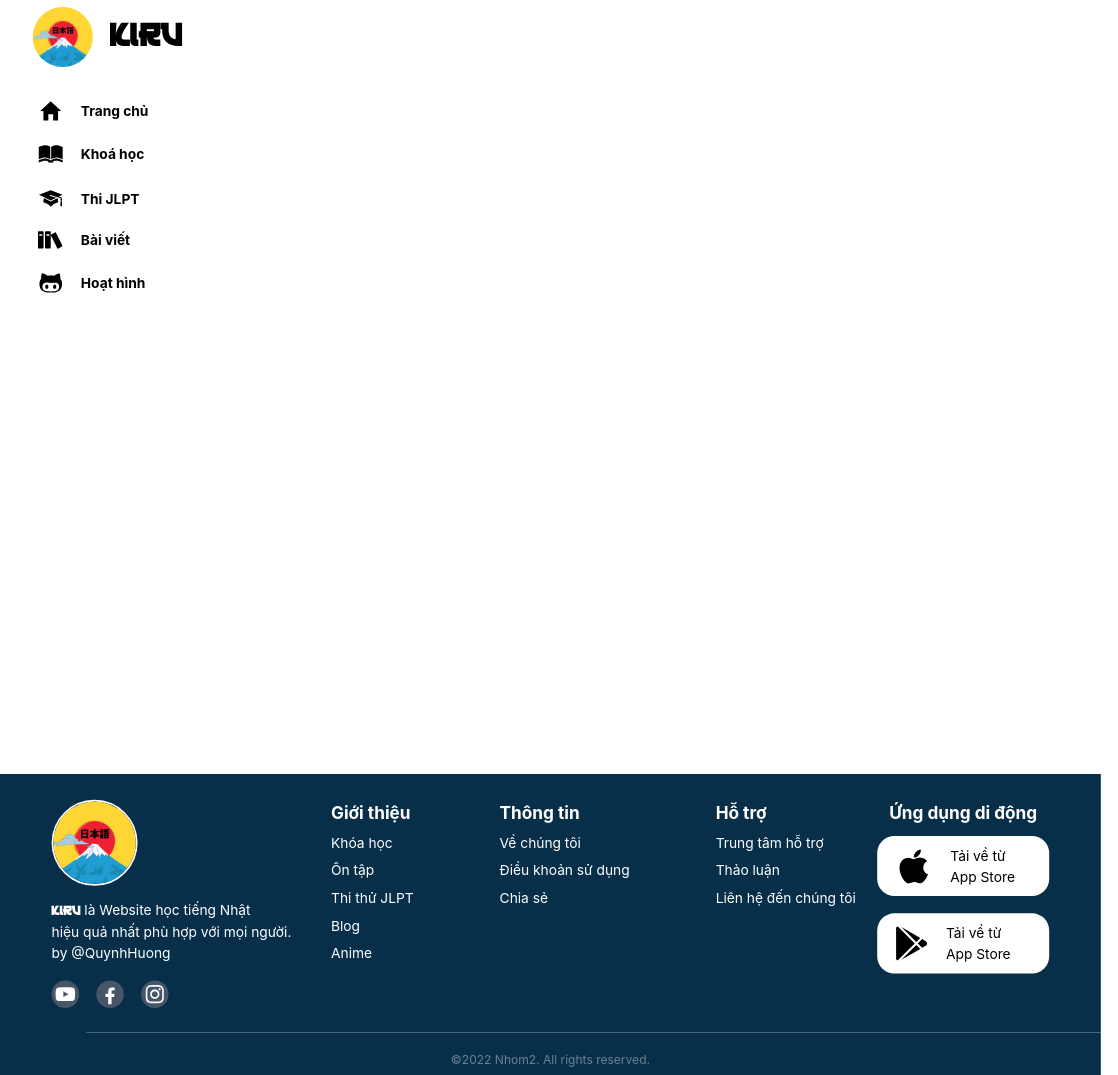
Repository: Quynhhuong150322/Kiru_Website-hoc-tieng-Nhat
Page: /
These files come from the project's save history. The page is drawn as it stood at one moment and after the next save; the edit follows.
The browser window is 1280 px wide. The page is 1300 px wide, so the pictures cover 1300 px, including what lies to the right of the window. The pictures show the whole page, at 86% of full size.
The project was rebuilt for these pictures with package versions that can differ from the ones it lists, and the page was loaded fresh each time.

Above is the page before, as saved 2023-08-18 02:56:07.

### public/index.html
<!DOCTYPE html>
<html lang="en">
  <head>
    <meta charset="utf-8" />
    <link rel="icon" href="%PUBLIC_URL%/favicon.ico" />
    <meta name="viewport" content="width=device-width, initial-scale=1" />
    <meta name="theme-color" content="#000000" />
    <meta
      name="description"
      content="Web site created using create-react-app"
    />
    <link rel="apple-touch-icon" href="%PUBLIC_URL%/logo192.png" />
    <!--
      manifest.json provides metadata used when your web app is installed on a
      user's mobile device or desktop. See https://developers.google.com/web/fundamentals/web-app-manifest/
    -->
    <link rel="manifest" href="%PUBLIC_URL%/manifest.json" />
    <!--
      Notice the use of %PUBLIC_URL% in the tags above.
      It will be replaced with the URL of the `public` folder during the build.
      Only files inside the `public` folder can be referenced from the HTML.

      Unlike "/favicon.ico" or "favicon.ico", "%PUBLIC_URL%/favicon.ico" will
      work correctly both with client-side routing and a non-root public URL.
      Learn how to configure a non-root public URL by running `npm run build`.
    -->
    <title>Kiru web</title>
  </head>
  <body>
    <noscript>You need to enable JavaScript to run this app.</noscript>
    <div id="root"></div>
    <!--
      This HTML file is a template.
      If you open it directly in the browser, you will see an empty page.

      You can add webfonts, meta tags, or analytics to this file.
      The build step will place the bundled scripts into the <body> tag.

      To begin the development, run `npm start` or `yarn start`.
      To create a production bundle, use `npm run build` or `yarn build`.
    -->
  </body>
</html>

### src/index.js
import React from 'react';
import ReactDOM from 'react-dom/client';
import './index.css';
import App from './App';
import reportWebVitals from './reportWebVitals';
import { BrowserRouter} from "react-router-dom";


const root = ReactDOM.createRoot(document.getElementById('root'));
root.render(
  <React.StrictMode>
    <BrowserRouter>
      <App />
    </BrowserRouter>
  </React.StrictMode>
);

// If you want to start measuring performance in your app, pass a function
// to log results (for example: reportWebVitals(console.log))
// or send to an analytics endpoint. Learn more: https://bit.ly/CRA-vitals
reportWebVitals();

### src/App.js
import './App.css';
// import HeaderBefor from "./component/header_footer/HeaderBefor";
import Footer from "./component/header_footer/footer";
import Menu from "./component/header_footer/Menu";
// import MyRoutes from './route/MyRoutes';
// import GioiThieu from "./component/Gioi_thieu"
// import KhoaHocBefor from "./component/Khoa_hoc_befor";
// import LienHe from "./component/Lien_he";
// import FAQs from "./component/FAQs";
// import DangKy from "./component/Dang_ky";
// import DangNhap from "./component/Dang_nhap";
// import QuenMK from "./component/Quen_mk";
// import DatlaiMk from "./component/Dat_lai_mk";

function App() {
  return (
    <div className = "bg-white">
      {/* <HeaderBefor></HeaderBefor> */}
      <Menu/>
      {/* <MyRoutes></MyRoutes> */}

      {/* Trang chủ chưa đăng nhập */}
      {/* <GioiThieu></GioiThieu>
      <KhoaHocBefor></KhoaHocBefor>
      <LienHe></LienHe>
      <FAQs></FAQs> */}

      {/* Trang đăng ký */}
      {/* <DangKy/> */}

      {/* Trang đăng nhập */}
      {/* <DangNhap/> */}

      {/* Quên mật khẩu */}
      {/* <QuenMK/> */}
      {/* <DatlaiMk/> */}
      <Footer></Footer>
    </div>
  );
}

export default App;

### src/App.css
.App {
  text-align: center;
}

.App-logo {
  height: 40vmin;
  pointer-events: none;
}

@media (prefers-reduced-motion: no-preference) {
  .App-logo {
    animation: App-logo-spin infinite 20s linear;
  }
}

.App-header {
  background-color: #282c34;
  min-height: 100vh;
  display: flex;
  flex-direction: column;
  align-items: center;
  justify-content: center;
  font-size: calc(10px + 2vmin);
  color: white;
}

.App-link {
  color: #61dafb;
}

@keyframes App-logo-spin {
  from {
    transform: rotate(0deg);
  }
  to {
    transform: rotate(360deg);
  }
}

@font-face {
  font-family: Japanese;
  src: url(./font/Japanese\ 3017.ttf);
}

@font-face {
  font-family: InterBold;
  src: url(./font/Inter-Bold.ttf);
}

@font-face {
  font-family: InterRegular;
  src: url(./font/Inter-Regular.ttf);
}

@font-face {
  font-family: Montserrat;
  src: url(./font/MontserratAlternates-Bold.otf);
}

### src/component/header_footer/footer.js
import React from "react";
import logo from "../../image/logo.png";
import {FaApple, FaGooglePlay, FaYoutube,  FaFacebookF, FaInstagram} from "react-icons/fa";

const Footer = () => {
    return (
        <div class="h-[350px] bg-sky-950">
            <div className=" flex justify-between pt-[30px] px-[60px]">
                <div className="flex-initial w-[300px]">
                    <img
                        className="h-[100px] w-100px] rounded-full border-2 border-white"
                        src = {logo}
                        alt = "logo"
                    />
                    <p className="text-white pt-4"> <a className="font-bold font-japanese">Kiru</a> là Website học tiếng Nhật <p> hiệu quả nhất phù hợp với mọi người.</p> <p className="">by @QuynhHuong</p></p>
                    <div class="flex flex-row gap-5 pt-5">
                        <div className="w-8 h-8 bg-slate-600 rounded-full">
                            <FaYoutube className="text-white w-8 h-8 px-1"/>
                        </div>
                        <div className="w-8 h-8 bg-slate-600 rounded-full">
                            <FaFacebookF className="text-white w-7 h-7 pl-1 pt-2"/>
                        </div>
                        <div className="w-8 h-8 bg-slate-600 rounded-full">
                            <FaInstagram className="text-white w-7 h-7 pl-1 pt-1"/>
                        </div>
                    </div>
                </div>
                <div className="flex flex-row gap-[100px]">
                    <ul class="list-none text-white">
                        <li className="font-bold text-[20px]">Giới thiệu</li>
                        <li className="hover:text-yellow-500 pt-2">Khóa học </li>
                        <li className="hover:text-yellow-500 pt-2">Ôn tập </li>
                        <li className="hover:text-yellow-500 pt-2">Thi thử JLPT</li>
                        <li className="hover:text-yellow-500 pt-2">Blog</li>
                        <li className="hover:text-yellow-500 pt-2">Anime</li>
                    </ul>
                    <ul class="list-none text-white">
                        <li className="font-bold text-[20px]">Thông tin</li>
                        <li className="hover:text-yellow-500 pt-2">Về chúng tôi </li>
                        <li className="hover:text-yellow-500 pt-2">Điều khoản sử dụng</li>
                        <li className="hover:text-yellow-500 pt-2">Chia sẻ</li>
                    </ul>
                    <ul class="list-none text-white">
                        <li className="font-bold text-[20px]">Hỗ trợ</li>
                        <li className="hover:text-yellow-500 pt-2">Trung tâm hỗ trợ</li>
                        <li className="hover:text-yellow-500 pt-2">Thảo luận</li>
                        <li className="hover:text-yellow-500 pt-2">Liên hệ đến chúng tôi </li>
                    </ul>
                </div>
                <div className="">
                    <p className="text-white text-[20px] font-bold text-center pb-3">Ứng dụng di động</p>
                    <div className="h-[70px] w-[200px] bg-white rounded-[20px] flex gap-5 items-center">
                        <div className="pl-5">
                            <FaApple className="w-[45px] h-[45px]"/>
                        </div>
                        <div className="flex-initial w-64">
                            Tải về từ <p className="">App Store</p>
                        </div>
                    </div>
                    <div className="pt-5">
                        <div className="h-[70px] w-[200px] bg-white rounded-[20px] flex gap-5 items-center">
                            <div className="pl-5 ">
                                <FaGooglePlay className="w-[40px] h-[40px]"/>
                            </div>
                            <div className="flex-initial w-64">
                                Tải về từ <p className="">App Store</p>
                            </div>
                        </div>
                    </div>
                </div>
            </div>
            <div className="pt-7 px-[100px]">
                <div className="h-[1px] w-[1200px] bg-white/30 "></div>
                <p className="text-white/40 text-center text-[14px] pt-5">©2022 Nhom2. All rights reserved.</p>
            </div>
        </div>

    );
}
export default Footer;

### src/component/header_footer/Menu.js
import React from "react";
import logo from "../../image/logo.png"
import { Link } from "react-router-dom";
import {IoMdHome,IoLogoOctocat} from "react-icons/io";
import {GiOpenBook,GiGraduateCap} from "react-icons/gi";
import {ImBooks} from "react-icons/im";

const Menu = () => {
    return (
        <div className="">
            <div className="w-[250px] h-[900px]">
                <Link to = "">
                    <div className="flex flex-row items-center gap-5 justify-center pt-2">
                        <img
                            className="h-[70px] w-70[px] rounded-full "
                            src = {logo}
                            alt = "logo"
                        />
                        <div className="font-japanese text-[40px] font-bold">Kiru</div>
                    </div>
                </Link>
                <ul className="pt-7 items-center">
                    <li className="h-[50px] pt-2 text-center text-[16px] rounded-r-[10px] font-bold hover:bg-amber-300 hover:text-[20px] ">
                        <div className="flex flex-row gap-5 items-center pl-11 rounded-[10px]">
                            <IoMdHome className="h-[30px] w-[30px] "/>
                            <p className="">Trang chủ</p>
                        </div>
                    </li>
                    <li className="h-[50px] pt-2 text-center text-[16px] rounded-r-[10px] font-bold hover:bg-amber-300 hover:text-[20px] ">
                        <div className="flex flex-row gap-5 items-center pl-11 rounded-[10px]">
                            <GiOpenBook className="h-[30px] w-[30px] "/>
                            <p className="">Khoá học</p>
                        </div>
                    </li>
                    <li className="pr-2">
                        <div className="flex flex-row gap-5 items-center pl-11 rounded-[10px] h-[50px] text-center text-[16px] rounded-r-[10px] font-bold hover:bg-amber-300 hover:text-[20px] ">
                            <GiGraduateCap className="h-[30px] w-[30px] "/>
                            <p className="">Thi JLPT</p>
                        </div>
                    </li>
                    <li className="h-[50px] pt-2 text-center text-[16px] rounded-r-[10px] font-bold hover:bg-amber-300 hover:text-[20px] ">
                        <div className="flex flex-row gap-5 items-center pl-11 rounded-[10px]">
                            <ImBooks className="h-[30px] w-[30px] "/>
                            <p className="">Bài viết</p>
                        </div>
                    </li>
                    <li className="h-[50px] pt-2 text-center text-[16px] rounded-r-[10px] font-bold hover:bg-amber-300 hover:text-[20px] ">
                        <div className="flex flex-row gap-5 items-center pl-11 rounded-[10px]">
                            <IoLogoOctocat className="h-[30px] w-[30px] "/>
                            <p className="">Hoạt hình</p>
                        </div>
                    </li>
                </ul>

            </div>
        </div>
    )
}
export default Menu;

### tailwind.config.js
/** @type {import('tailwindcss').Config} */
module.exports = {
  content: ["./src/**/*.{html,js}"],
  // plugins: [require("tailwind-scrollbar")],
  theme: {
    extend: {
      fontSize: {
        sm: '9px',
        base: '13px',
        xl: '20px',
        '2xl': '60px',
        '3xl': '80px',
        '4xl': '90px',
        '5xl': '100px',
      }
    },
    screens: {
      'sm': {'min': '400px', 'max': '767px'},
      // => @media (min-width: 640px and max-width: 767px) { ... }

      'md': {'min': '768px', 'max': '1023px'},
      // => @media (min-width: 768px and max-width: 1023px) { ... }

      'lg': {'min': '1024px', 'max': '1279px'},
      // => @media (min-width: 1024px and max-width: 1279px) { ... }

      'xl': {'min': '1280px', 'max': '1535px'},
      // => @media (min-width: 1280px and max-width: 1535px) { ... }

      '2xl': {'min': '1536px'},
      // => @media (min-width: 1536px) { ... }
    },

    fontFamily: {
      japanese: ['"Japanese"'],
      interBold: ['"InterBold"'],
      interRegular: ['"InterRegular"'],
      montserrat: ['"Montserrat"']
    },
  },
  plugins: [],
}

Loaded but not shown: src/index.css (common file); src/reportWebVitals.js (common file)

After the next save:
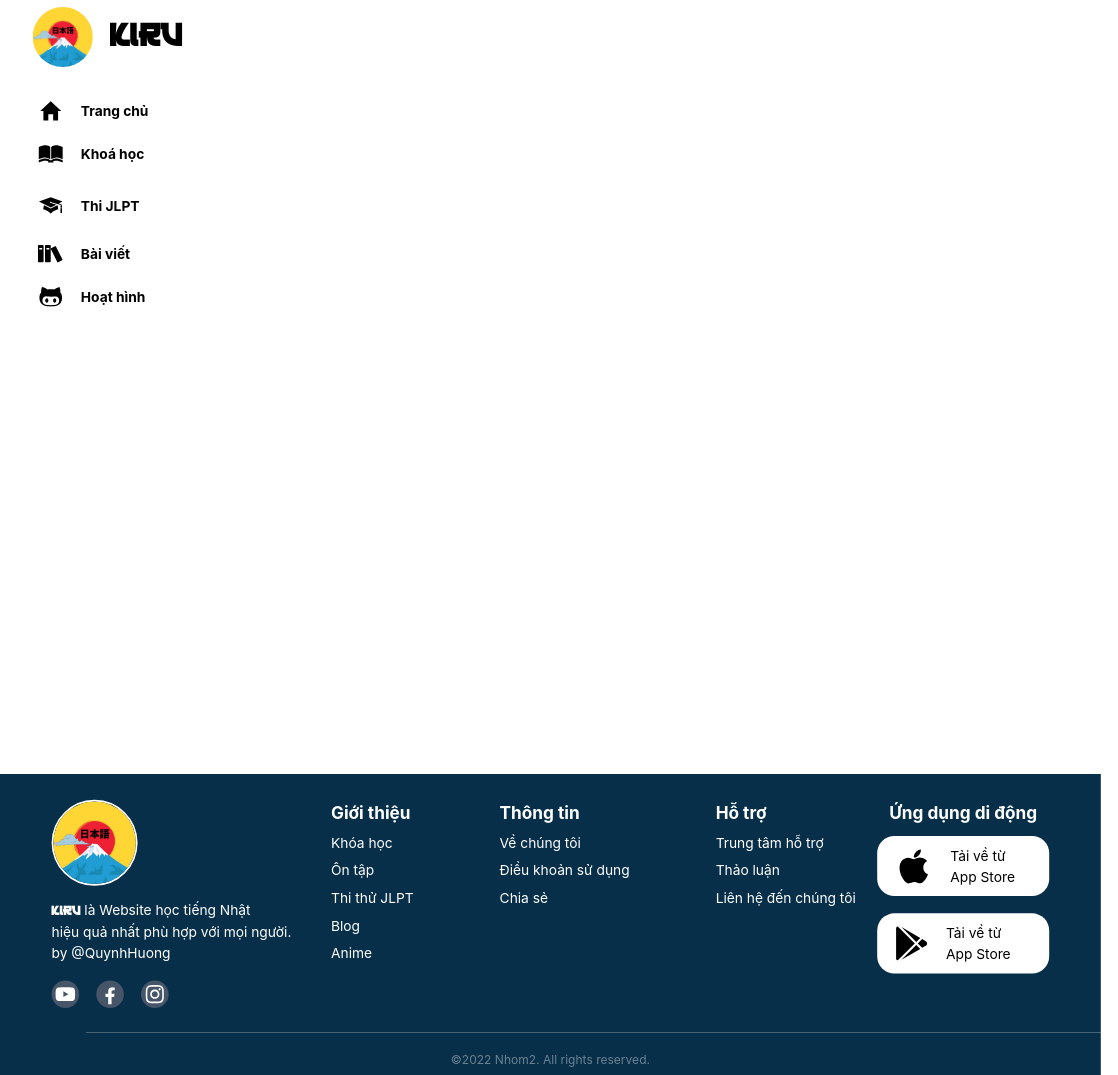
Saved 17 s later.
--- a/src/component/header_footer/Menu.js
+++ b/src/component/header_footer/Menu.js
@@ -32,7 +32,7 @@
                             <p className="">Khoá học</p>
                         </div>
                     </li>
-                    <li className="pr-2">
+                    <li className="py-2">
                         <div className="flex flex-row gap-5 items-center pl-11 rounded-[10px] h-[50px] text-center text-[16px] rounded-r-[10px] font-bold hover:bg-amber-300 hover:text-[20px] ">
                             <GiGraduateCap className="h-[30px] w-[30px] "/>
                             <p className="">Thi JLPT</p>
